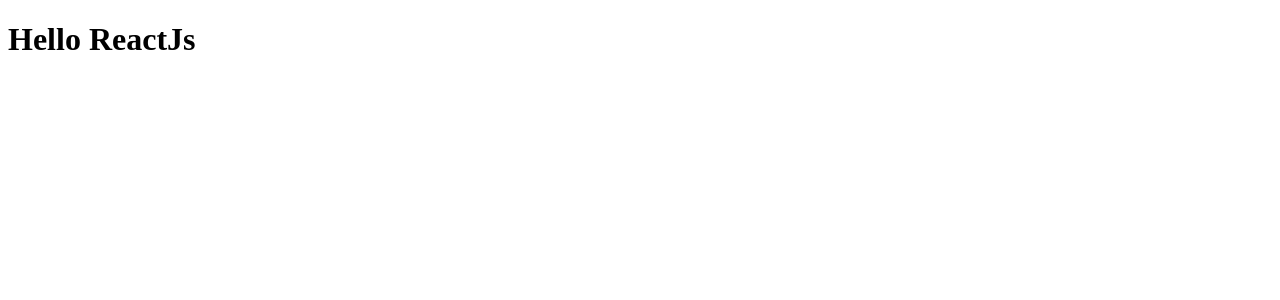
Repository: phtai214/JunoProject
Page: / (app in FE/junoshop/)
An editor plug-in stored every save of this project. The page is shown before and after the next save, followed by the edit.
The browser window is 1280 px wide. The pictures show the whole page.
The project was rebuilt for these pictures with package versions that can differ from the ones it lists, and the page was loaded fresh each time.

Above is the page before, as saved 2024-09-25 23:06:49.

After the next save:
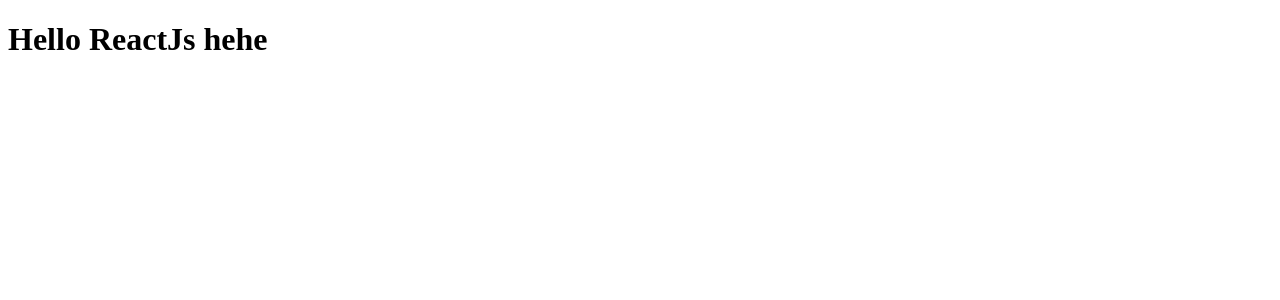
Saved 7 min 7 s later.
--- a/FE/junoshop/src/index.js
+++ b/FE/junoshop/src/index.js
@@ -2,4 +2,4 @@
 import ReactDOM from "react-dom/client";
 
 const root = ReactDOM.createRoot(document.getElementById("root"));
-root.render(<h1>Hello ReactJs</h1>);
+root.render(<h1>Hello ReactJs hehe</h1>);

After the save that followed:
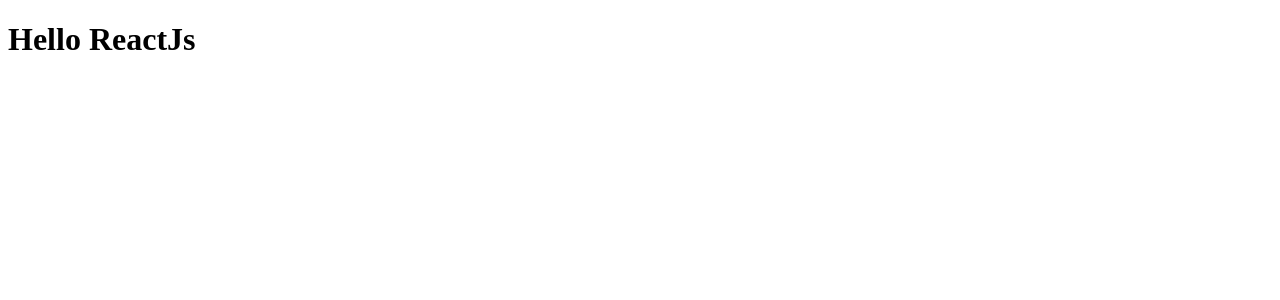
Saved 10 s later.
--- a/FE/junoshop/src/index.js
+++ b/FE/junoshop/src/index.js
@@ -2,4 +2,4 @@
 import ReactDOM from "react-dom/client";
 
 const root = ReactDOM.createRoot(document.getElementById("root"));
-root.render(<h1>Hello ReactJs hehe</h1>);
+root.render(<h1>Hello ReactJs</h1>);
